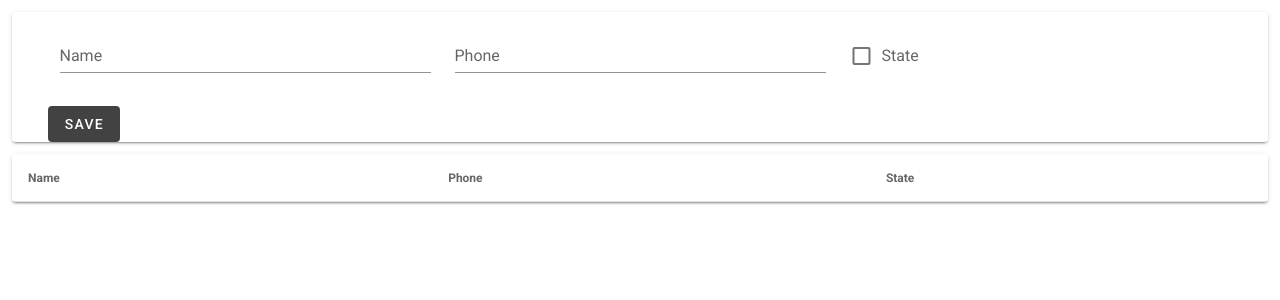
Repository: luchoCap/ContactVue-CRUD-StoryBook
Page: /
The author's editor kept a copy of each file at every save. The page is drawn from the files as they stood at one save, then again after the next save.
The browser window is 1280 px wide. The pictures show the whole page.
The page's requests for data from a server got no answer. The project was rebuilt for these pictures with package versions that can differ from the ones it lists, and the page was loaded fresh each time. No one was signed in, and anything a server would have sent is missing. Also part of the build but not shown: vue.config.js.

Above is the page before, as saved 2020-11-23 22:00:36.

After the next save:
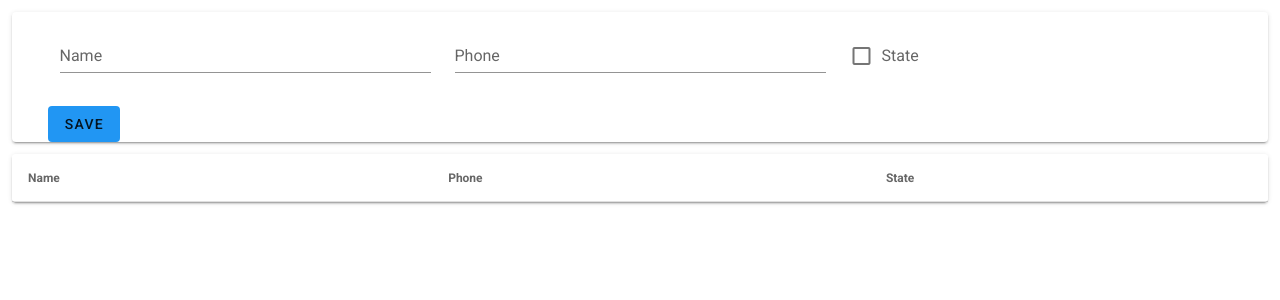
Saved 6 s later.
--- a/src/components/Contact/ContactForm.vue
+++ b/src/components/Contact/ContactForm.vue
@@ -37,7 +37,7 @@
       <v-row>
         <v-btn
             depressed
-            color="secondary"
+            color="blue"
         >  Save
         </v-btn>
       </v-row>
